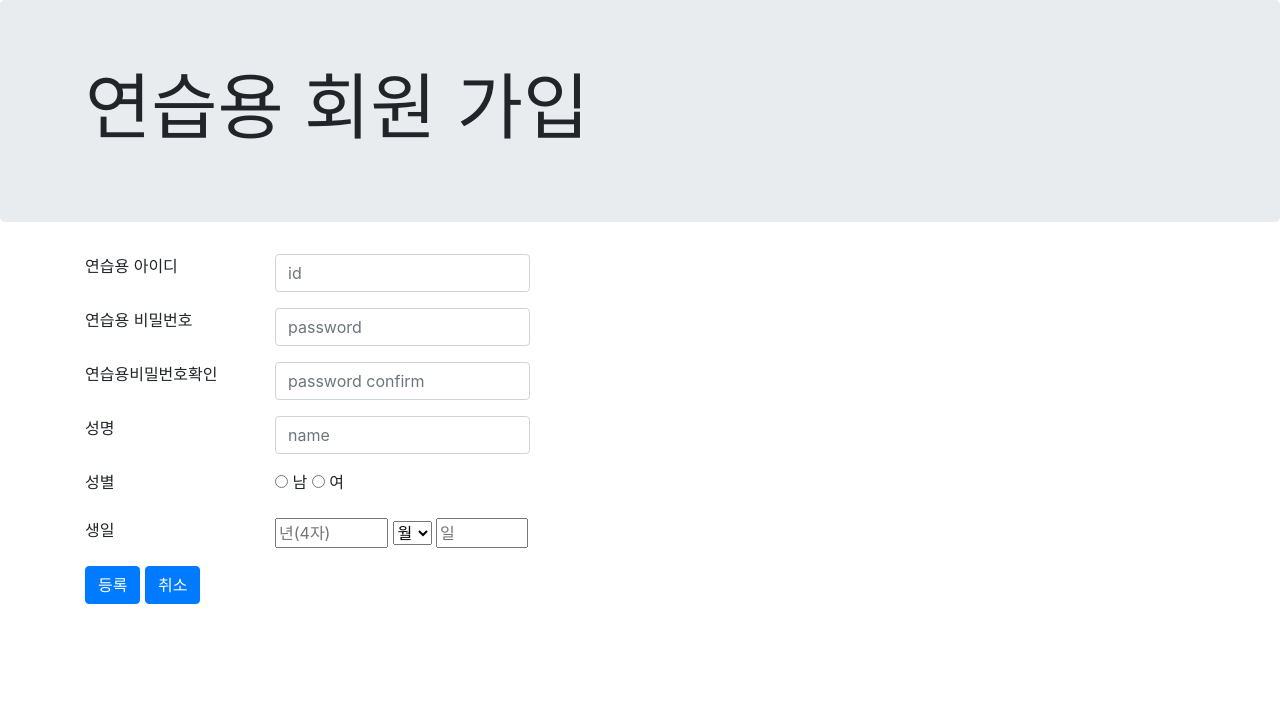
Repository: hodob/JSP_Practice
Page: http://localhost/JSP_WebMarket_JJH/ch06_ex/sign_up.jsp
These files come from the project's save history. The page is drawn as it stood at one moment and after the next save; the edit follows.
The browser window is 1280 px wide. The pictures show the whole page.
The page is served by Tomcat 9.

Above is the page before, as saved 2022-08-10 07:15:55.

After the next save:
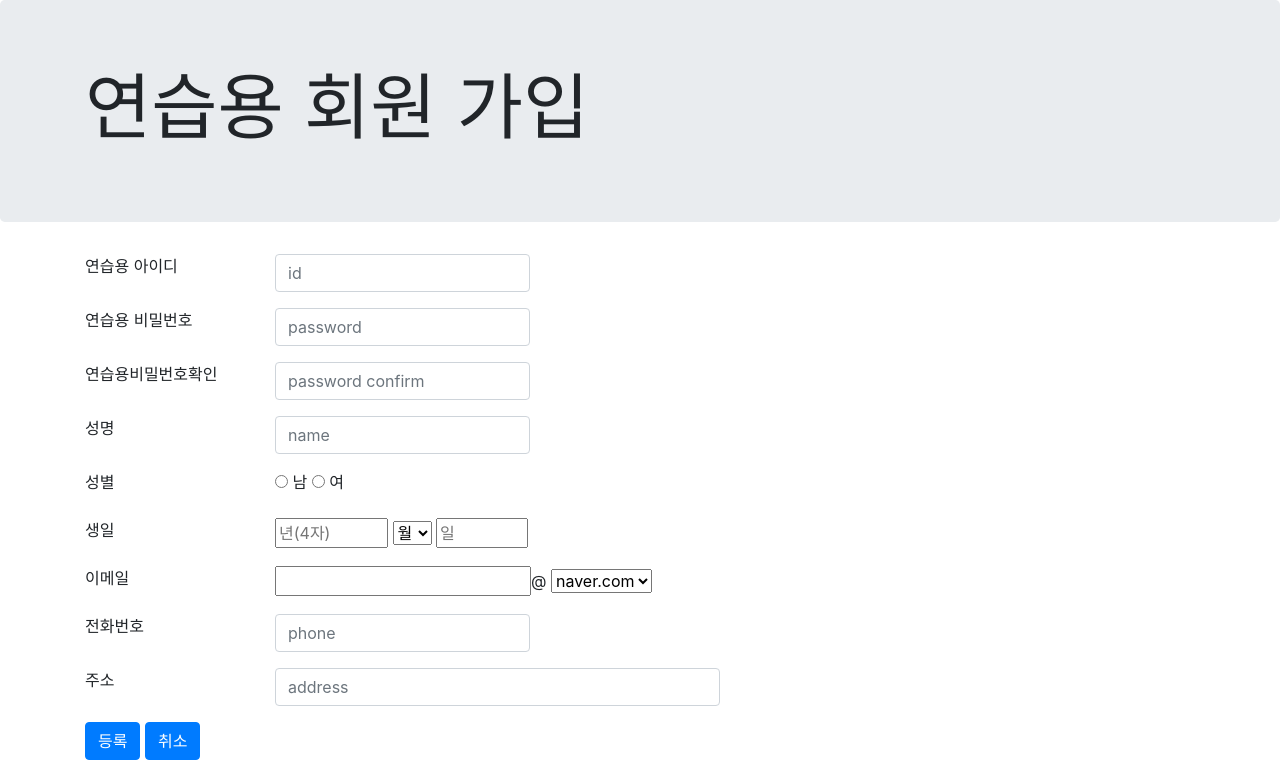
Saved 2 min 22 s later.
--- a/JSP_WebMarket_JJH/WebContent/ch06_ex/sign_up.jsp
+++ b/JSP_WebMarket_JJH/WebContent/ch06_ex/sign_up.jsp
@@ -85,7 +85,7 @@
 					</select> <input type="text" name="birthdd" maxlength="2" placeholder="일" size="4">
 				</div>
 			</div>
-<!-- 			<div class="form-group  row ">
+			<div class="form-group  row ">
 				<label class="col-sm-2">이메일</label>
 				<div class="col-sm-10">
 					<input type="text" name="mail1" maxlength="50">@
@@ -96,21 +96,21 @@
 						<option>nate.com</option>
 					</select>
 				</div>
-			</div> -->
-<!-- 			<div class="form-group  row">
+			</div>
+ 			<div class="form-group  row">
 				<label class="col-sm-2">전화번호</label>
 				<div class="col-sm-3">
 					<input name="phone" type="text" class="form-control" placeholder="phone" >
 
 				</div>
-			</div> -->
-			<!-- <div class="form-group  row">
+			</div>
+		 <div class="form-group  row">
 				<label class="col-sm-2 ">주소</label>
 				<div class="col-sm-5">
 					<input name="address" type="text" class="form-control" placeholder="address">
 
 				</div>
-			</div> -->
+			</div>
 			<div class="form-group  row">
 				<div class="col-sm-offset-2 col-sm-10 ">
 					<input type="submit" class="btn btn-primary " value="등록 " >
